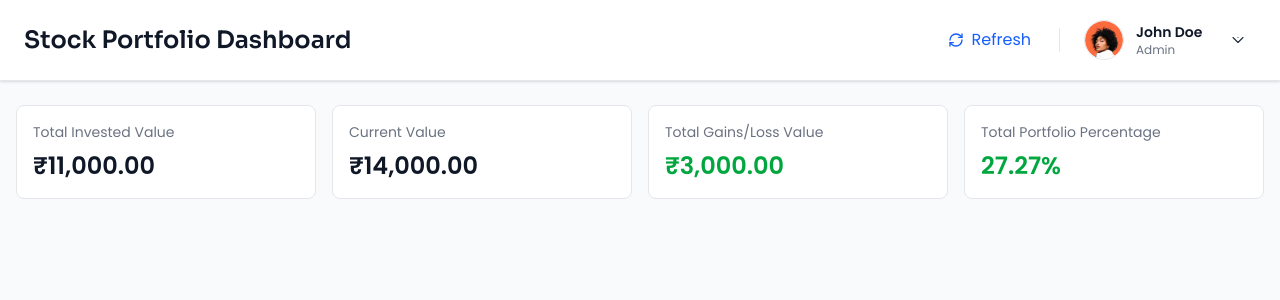
Repository: jabir12-12/inten-project
Page: /
The author's editor kept a copy of each file at every save. The page is drawn from the files as they stood at one save, then again after the next save.
The browser window is 1280 px wide. The pictures show the whole page.
The project was rebuilt for these pictures with package versions that can differ from the ones it lists, and the page was loaded fresh each time. The framework's server and built-in components were replaced by stand-ins that run in the browser. Also part of the build but not shown: next.config.ts.

Above is the page before, as saved 2025-05-17 14:47:08.

After the next save:
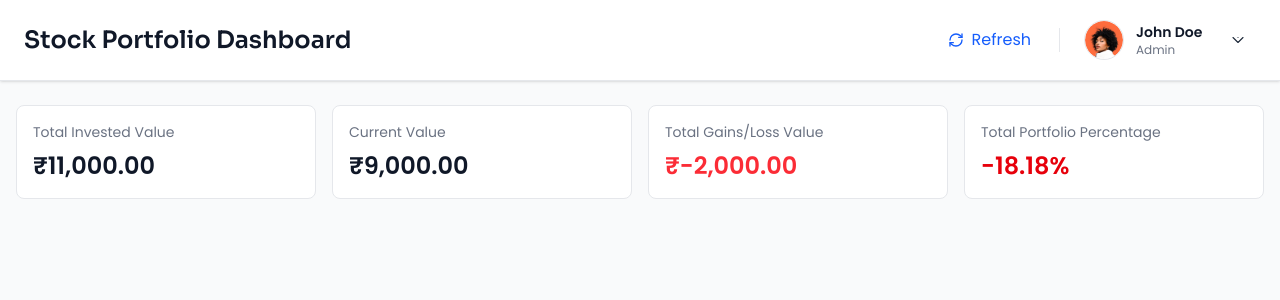
Saved 18 s later.
--- a/src/pages/index.tsx
+++ b/src/pages/index.tsx
@@ -5,7 +5,7 @@ import { RefreshCw, } from "lucide-react";
 export default function Home() {
   const [loading, setLoading] = useState(false)
   const investedValue = 11000;
-  const currentValue = 14000;
+  const currentValue = 9000;
 
   const gainLoss = currentValue - investedValue;
   const isGain = gainLoss >= 0;
